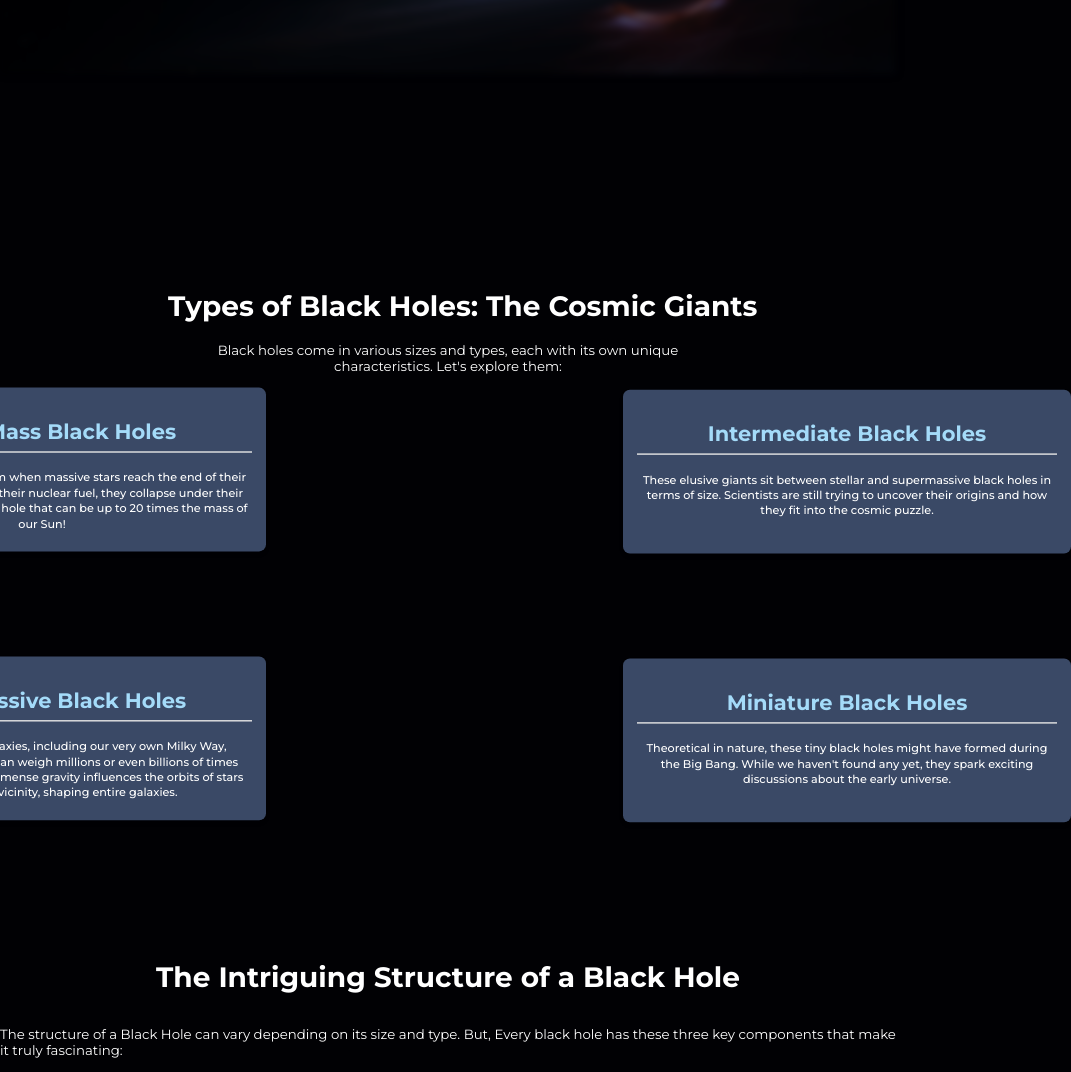
Repository: english-only/Space-Website
Page: black_hole.html
The author's editor kept a copy of each file at every save. The page is drawn from the files as they stood at one save, then again after the next save.
The browser window is 1280 px wide. The page is 1530 px wide, so the pictures cover 1530 px, including what lies to the right of the window. The pictures show the part of the page from y = 614 to 2214 px (the page is 2145 px tall before and 2214 px after), at 70% of full size.
Backgrounds fixed to the window are drawn as part of the page.

Above is the page before, as saved 2025-04-14 13:21:01.

After the next save:
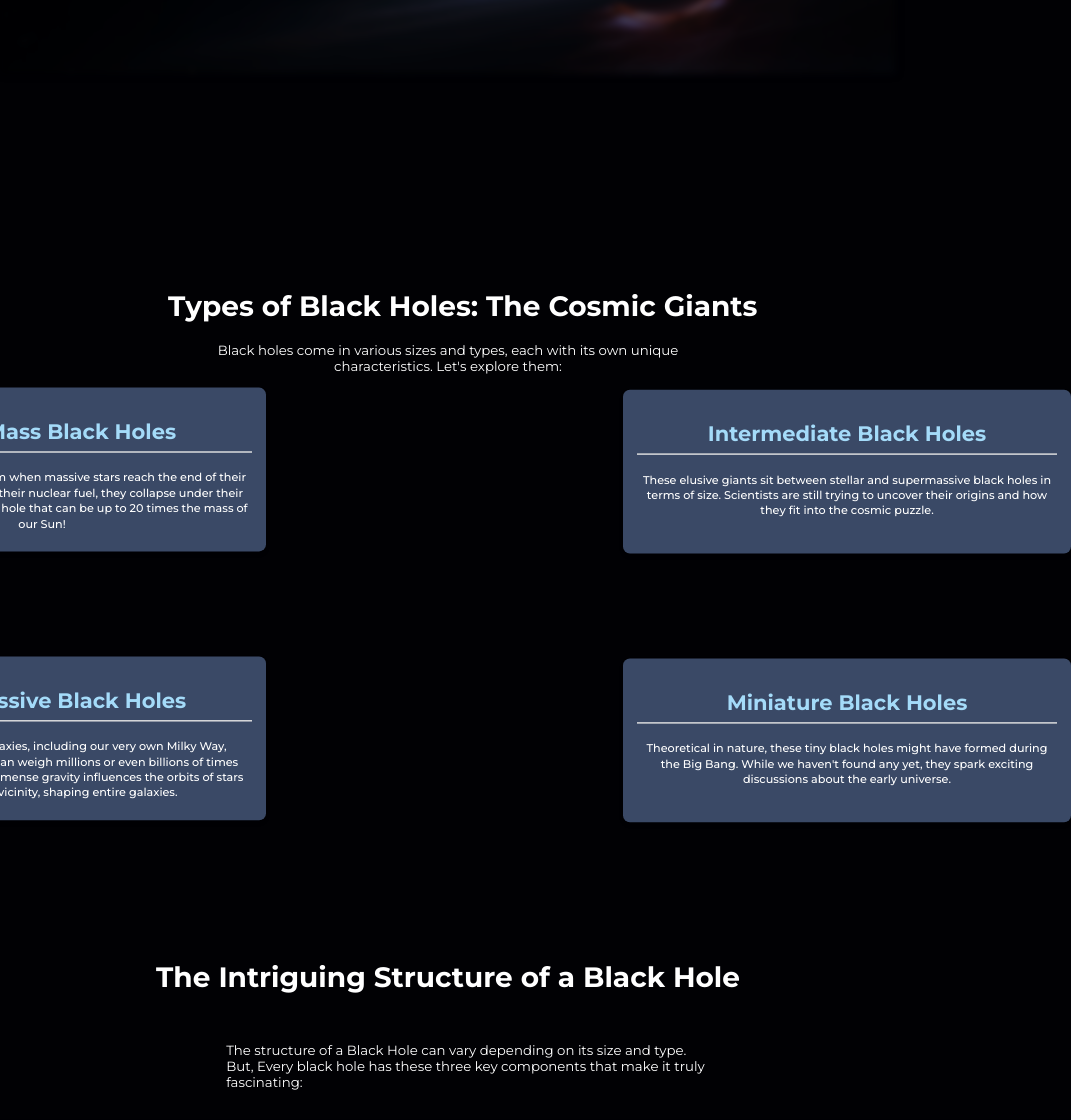
Saved 7 s later.
--- a/main.css
+++ b/main.css
@@ -441,6 +441,7 @@
   align-items: center;
   height: 100%;
   text-wrap: pretty;
+  white-space: pre-wrap;
 }
 
 @keyframes fadeIn {

After the 4 saves that followed:
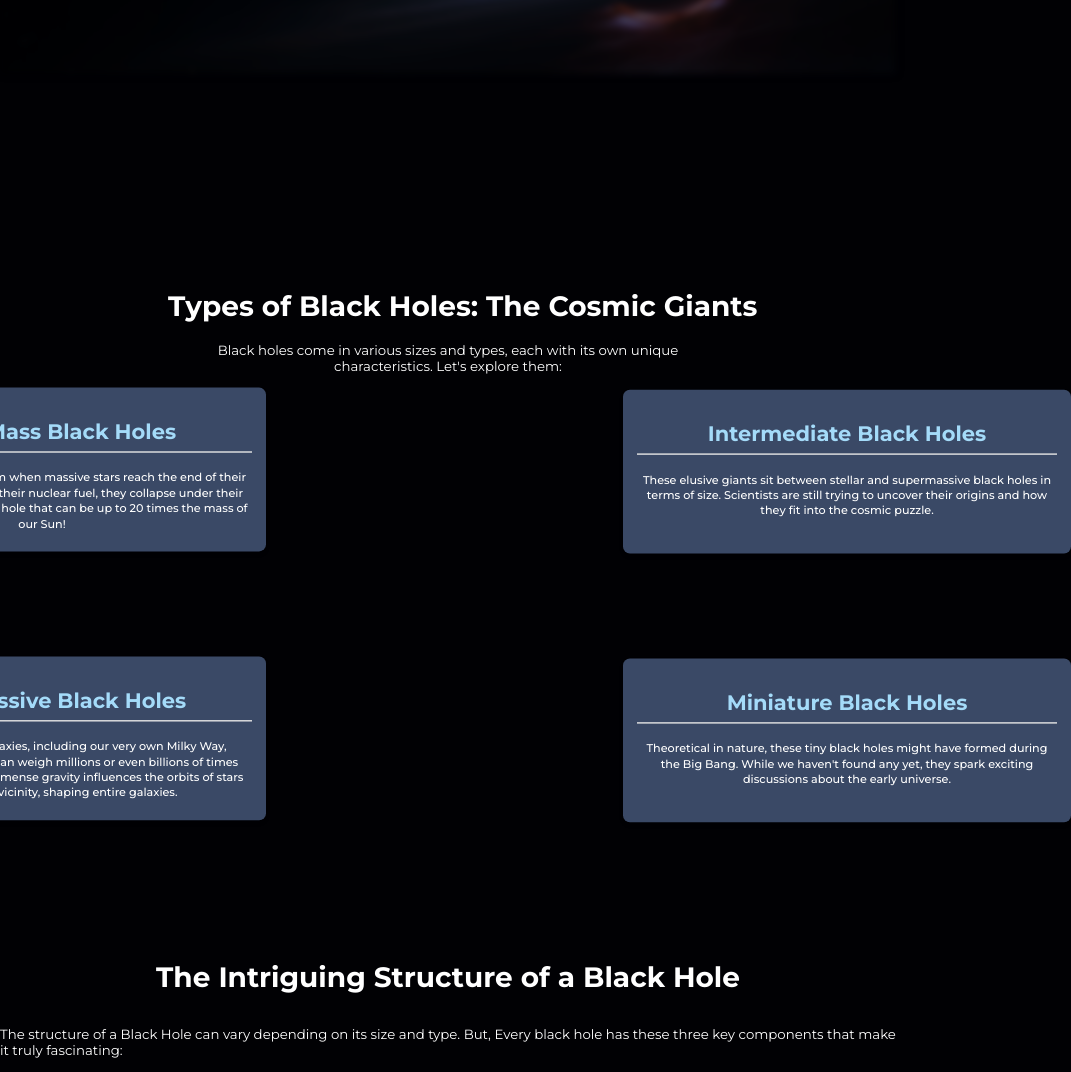
The 4 saves are shown as one change because 1 left the picture as it was and some came seconds apart.
The last was saved 21 s later.
--- a/main.css
+++ b/main.css
@@ -440,8 +440,8 @@
   justify-content: center;
   align-items: center;
   height: 100%;
-  text-wrap: pretty;
-  white-space: pre-wrap;
+  text-wrap: wrap;
+  white-space: normal;
 }
 
 @keyframes fadeIn {
